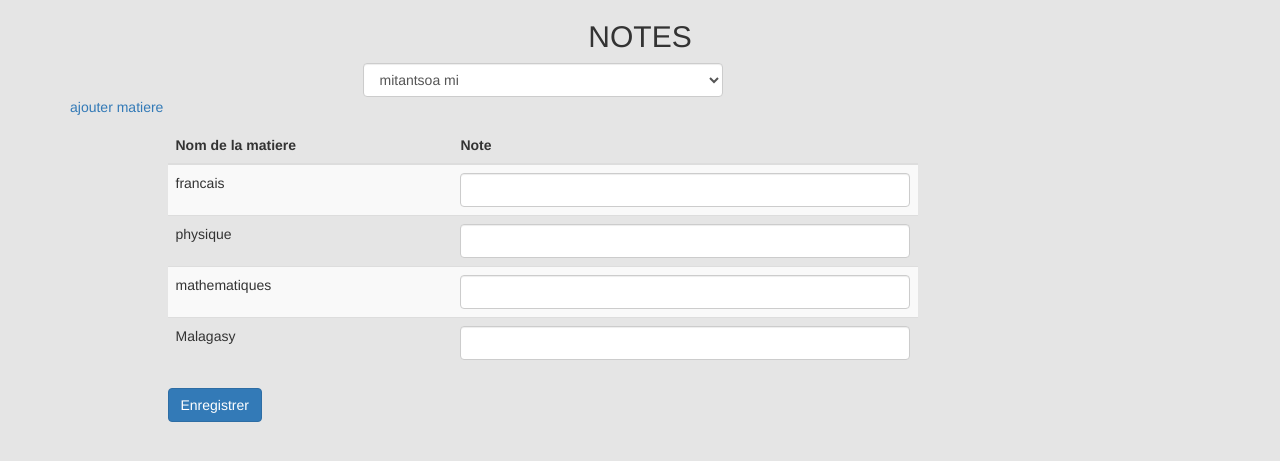
Repository: mitantsoa1/CRUD-note
Page: http://localhost/note
The author's editor kept a copy of each file at every save. The page is drawn from the files as they stood at one save, then again after the next save.
The browser window is 1280 px wide. The pictures show the whole page.
The page is run by PHP 8.4 with error messages shown; the project is at /var/www/html/. The database holds what the project's SQL file puts in it.

Above is the page before, as saved 2021-02-12 07:45:52.
Console error: SyntaxError: Unexpected token '<'

After the next save:
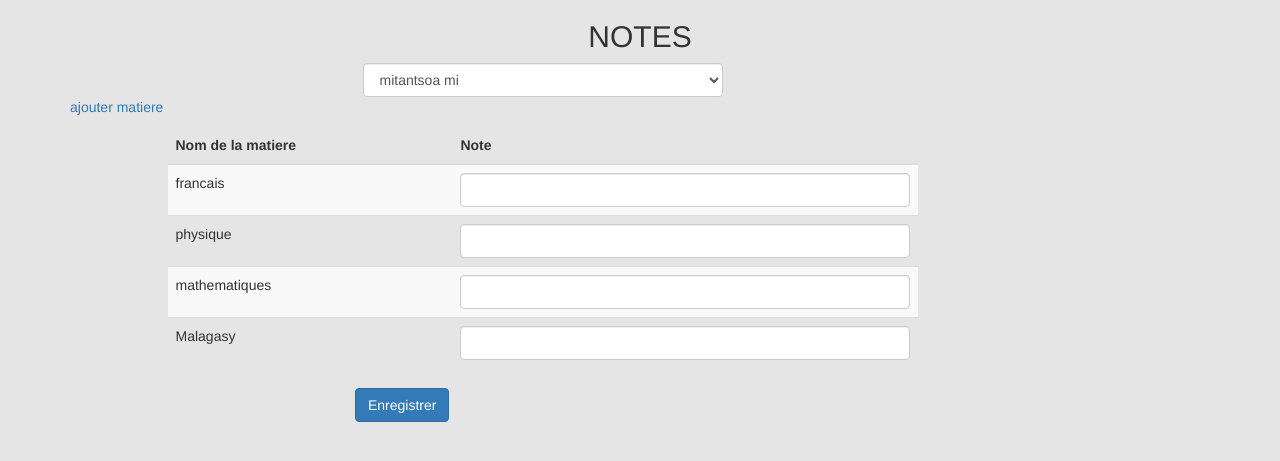
Saved 34 s later.
--- a/Publics/js/note.js
+++ b/Publics/js/note.js
@@ -5,7 +5,7 @@ function affiche_note_matiere() {
         data: "affiche_note=affiche_note",
         datatype: "json",
         success: function(data) {
-            var button = "<a href='#' class='btn btn-primary' id='btn_note'>Enregistrer</a> ";
+            var button = "<a href='#' class='btn btn-primary col-sm-offset-3' id='btn_note'>Enregistrer</a> ";
             if (data.length > 0) {
                 var table_affichage = "<div class='table_note m-t-10'> <table class='table table-striped  m-t-10' style='position: relative !important;'><thead style='position: sticky !important;z-index: 1000;'><th>Nom de la matiere</th><th>Note</th></thead><tbody>";
                 for (var i = 0; i < data.length; i++) {
